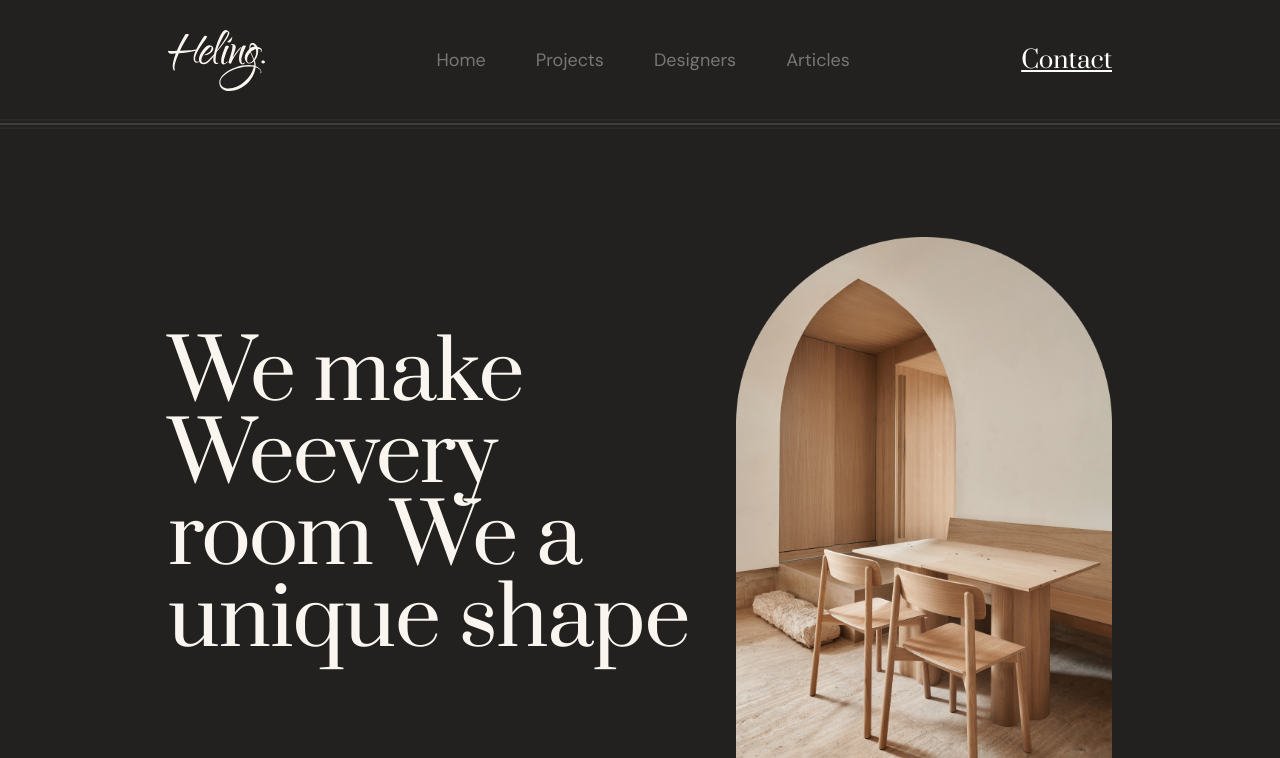
Repository: vandangnhathung/healingui_website
Page: /
The author's editor kept a copy of each file at every save. The page is drawn from the files as they stood at one save, then again after the next save.
The browser window is 1280 px wide. The pictures show the whole page.
The project was rebuilt for these pictures with package versions that can differ from the ones it lists, and the page was loaded fresh each time. Also part of the build but not shown: src/App.css.

Above is the page before, as saved 2022-03-16 13:10:00.

After the next save:
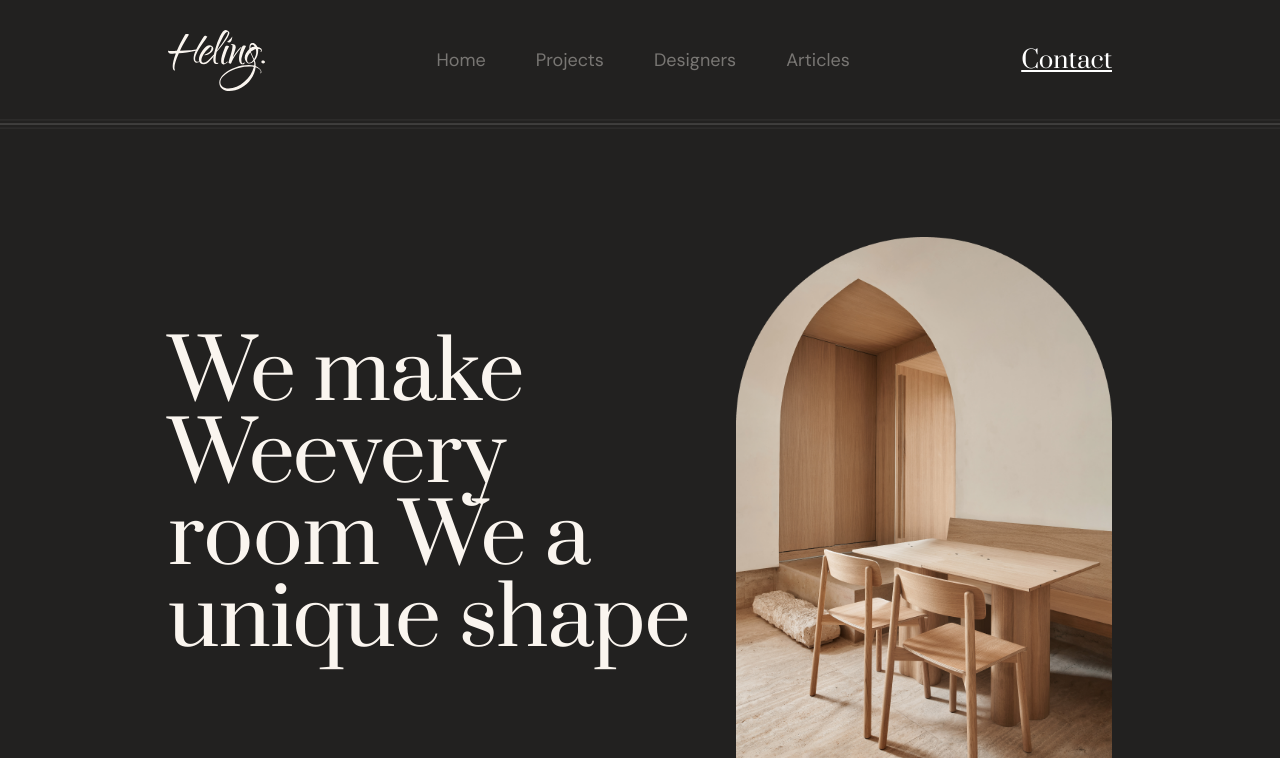
Saved 36 s later.
--- a/src/components/Container/Container.js
+++ b/src/components/Container/Container.js
@@ -35,7 +35,7 @@ const Container = () => {
             We make{" "}
             <span className="tracking-tight	">
               <span>We</span>
-              <span>every room</span>
+              <span className="tracking-normal	">every room</span>
             </span>{" "}
             <span>We </span> a unique shape
           </Slogan>
